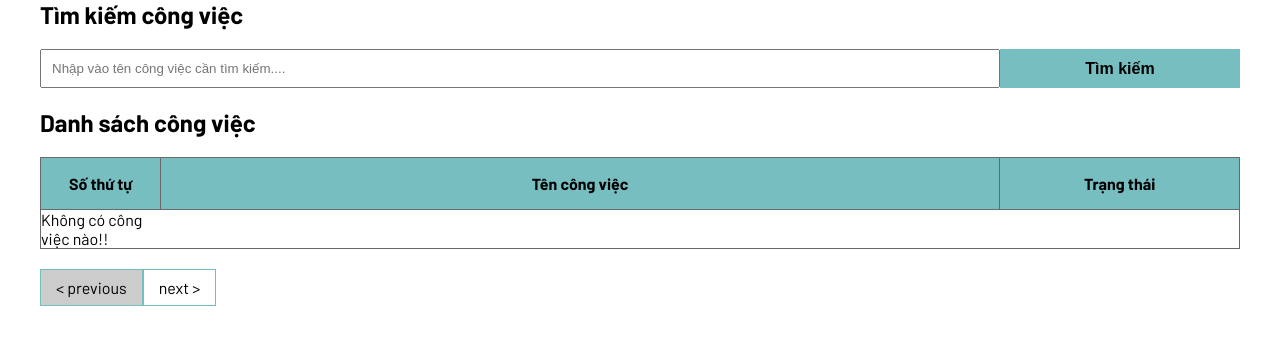
Repository: OkazakiTruong/searchReact
Page: /
The author's editor kept a copy of each file at every save. The page is drawn from the files as they stood at one save, then again after the next save.
The browser window is 1280 px wide. The pictures show the whole page.
The page's requests for data from a server got no answer. The project was rebuilt for these pictures with package versions that can differ from the ones it lists, and the page was loaded fresh each time. No one was signed in, and anything a server would have sent is missing. Also part of the build but not shown: vite.config.js.

Above is the page before, as saved 2024-01-13 23:05:49.

After the next save:
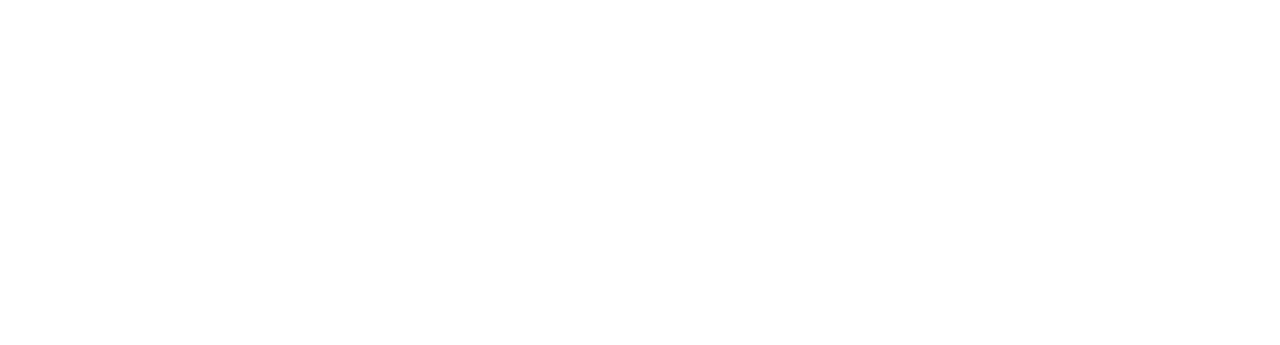
Console error: ReferenceError: inputRef is not defined
Saved 4 min 24 s later.
--- a/src/SearchApp/Search/Search.jsx
+++ b/src/SearchApp/Search/Search.jsx
@@ -1,9 +1,10 @@
-import React, { useEffect, useRef } from "react";
+import React, { useEffect, useRef, useState } from "react";
 import "./Search.css";
 
 export const Search = ({ todos, handleSearch }) => {
   const suggestRef = useRef(null);
-  const inputRef = useRef(null);
+  // const inputRef = useRef(null);
+  const [inputValue, setInputValue] = useState("");
   const searchContainerRef = useRef(null);
   const handleFocus = () => {
     console.log(suggestRef.current);
@@ -35,6 +36,7 @@
               placeholder="Nhập vào tên công việc cần tìm kiếm...."
               onFocus={handleFocus}
               ref={inputRef}
+              value={inputValue}
               onChange={(e) => {
                 handleSearch(e);
               }}

After the save that followed:
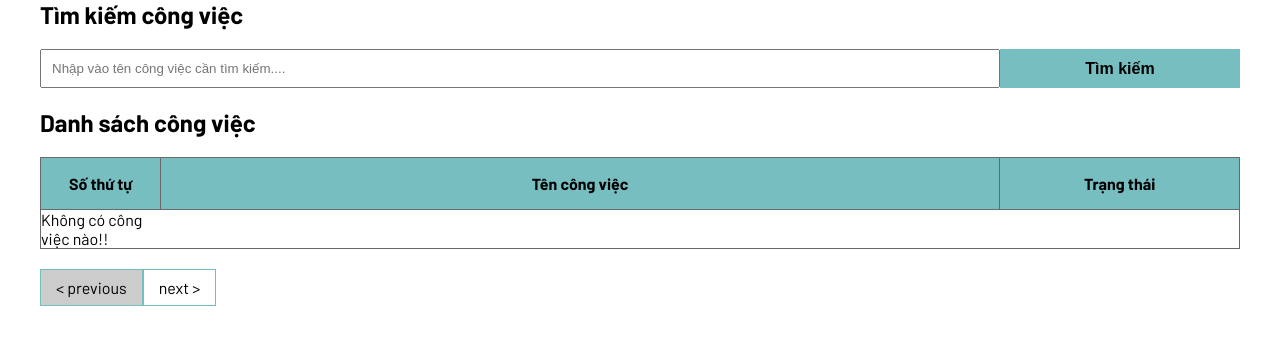
The error is gone.
Saved 12 s later.
--- a/src/SearchApp/Search/Search.jsx
+++ b/src/SearchApp/Search/Search.jsx
@@ -3,7 +3,7 @@
 
 export const Search = ({ todos, handleSearch }) => {
   const suggestRef = useRef(null);
-  // const inputRef = useRef(null);
+  const inputRef = useRef(null);
   const [inputValue, setInputValue] = useState("");
   const searchContainerRef = useRef(null);
   const handleFocus = () => {
